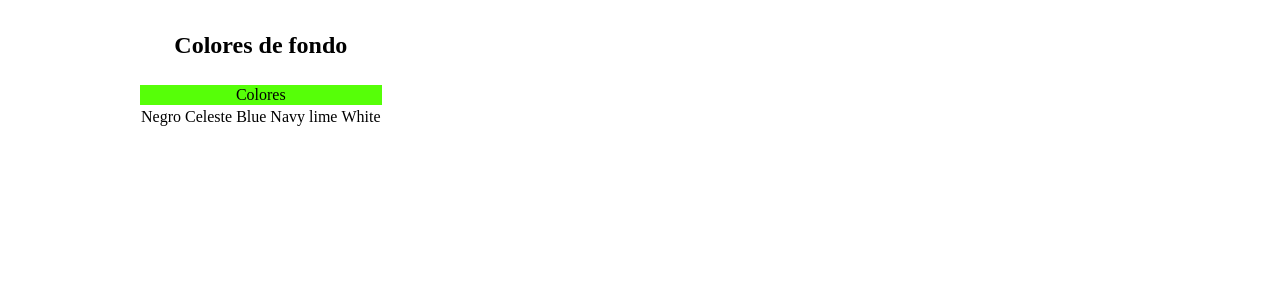
Repository: ThePerez/ArgProg
Page: Practicas ArgProg/Practica 3/Ejercicio 5/index.html
These files come from the project's save history. The page is drawn as it stood at one moment and after the next save; the edit follows.
The browser window is 1280 px wide. The pictures show the whole page.

Above is the page before, as saved 2023-03-14 12:04:12.

### Practicas ArgProg/Practica 3/Ejercicio 5/index.html
<!DOCTYPE html>
<html lang="en">

<head>
     <meta charset="UTF-8">
     <meta http-equiv="X-UA-Compatible" content="IE=edge">
     <meta name="viewport" content="width=device-width, initial-scale=1.0">
     <title>Ejercicio 5</title>
     <link rel="stylesheet" href="styles.css">
</head>

<body>
     <div class="principal">
          <p id="title">Colores de fondo</p>
          <table class="table">
               <tr>
                    <td id="colores" colspan="7">Colores</td>
               </tr>

               <tr>
                    <td id="black">Negro</td>
                    <td id="celeste">Celeste</td>
                    <td id="blue">Blue</td>
                    <td id="navy">Navy</td>
                    <td id="lime">lime</td>
                    <td id="white">White</td>
               </tr>
          </table>
     </div>
</body>

</html>

### Practicas ArgProg/Practica 3/Ejercicio 5/styles.css
#title{
     font-weight: bold;
     font-size: x-large;
     text-align: center;
}

.principal{
     display: grid;
     place-content: center;
     width: 40%;

}

.table{
     border: 1px;
}

#colores{
     background-color: rgb(86, 255, 8);
     text-align: center;
}

After the next save:
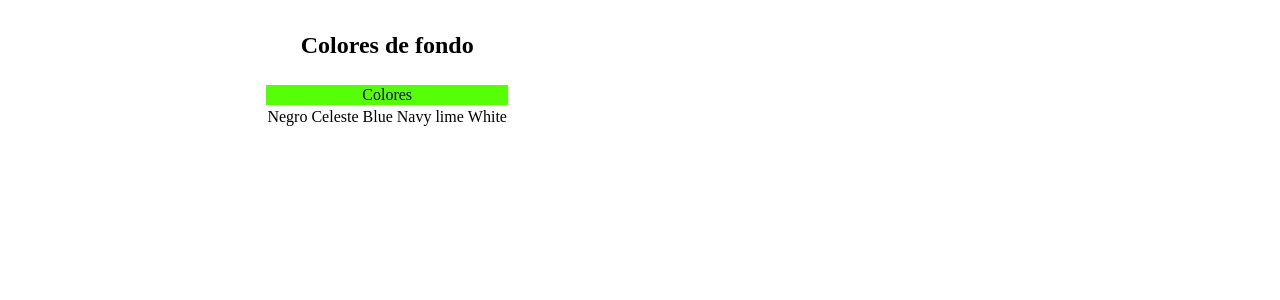
Saved 8 s later.
--- a/Practicas ArgProg/Practica 3/Ejercicio 5/styles.css
+++ b/Practicas ArgProg/Practica 3/Ejercicio 5/styles.css
@@ -7,7 +7,7 @@
 .principal{
      display: grid;
      place-content: center;
-     width: 40%;
+     width: 60%;
 
 }
 
